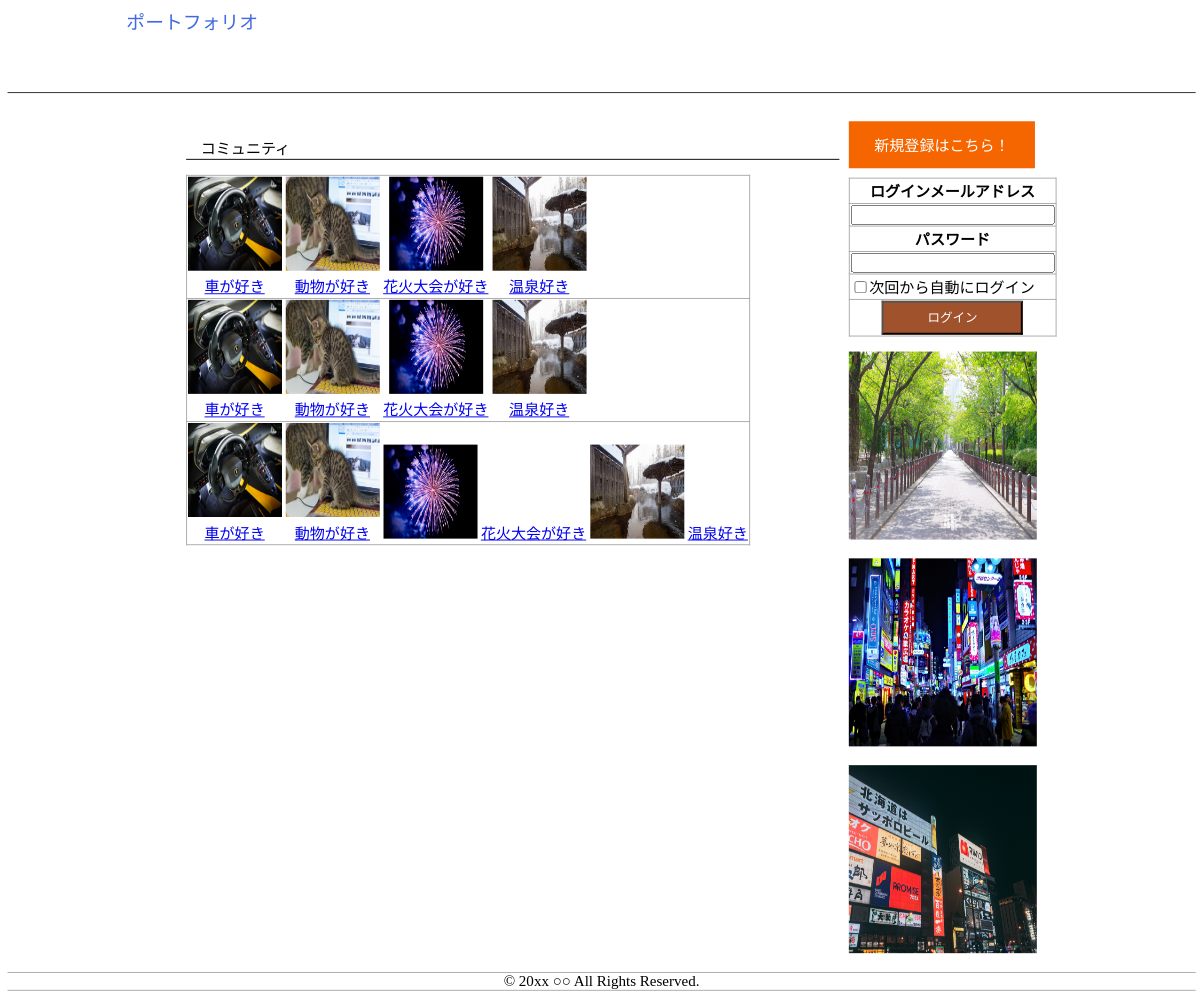
Repository: yuukiabc/samurai_PHP
Page: Login.html
The author's editor kept a record of every edit. The page is drawn from the files as they stood at one moment, then again after the next edit.
The browser window is 1280 px wide. The pictures show the whole page, at 94% of full size.

Above is the page before.

### Login.html
<!DOCTYPE html>
<html>
    <head><meta charset="UTF-8">
        <title>sns</title>
        <link rel="stylesheet"type="text/css"href="Login.css">
    </head>
    <body>

            <div class="f">
                <a href="HP.html">ポートフォリオ</a>
            </div>
            <div class="h">
            <div class="c">
                <p>　コミュニティ</p>
                <table>
                <tr>
                    <td>
                        <div class="community">
                            <img src="16.jpg" alt="画像"width="100" height="100">
                            <br><a href="#">車が好き</a>
                        </div>
                        <div class="community">
                            <img src="17.jpg" alt="画像"width="100" height="100">
                            <br><a href="#">動物が好き</a>
                        </div>
                        <div class="community">
                            <img src="18.jpg" alt="画像"width="100" height="100">
                            <br><a href="#">花火大会が好き</a>
                        </div>
                        <div class="community">
                            <img src="19.jpg" alt="画像"width="100" height="100">
                            <br><a href="#">温泉好き</a>
                        </div>
                    </td>
                </tr>
                <tr>
                    <td>
                        <div class="community">
                            <img src="16.jpg" alt="画像"width="100" height="100">
                            <br><a href="#">車が好き</a>
                        </div>
                        <div class="community">
                            <img src="17.jpg" alt="画像"width="100" height="100">
                            <br><a href="#">動物が好き</a>
                        </div>
                        <div class="community">
                            <img src="18.jpg" alt="画像"width="100" height="100">
                            <br><a href="#">花火大会が好き</a>
                        </div>
                        <div class="community">
                            <img src="19.jpg" alt="画像"width="100" height="100">
                            <br><a href="#">温泉好き</a>
                        </div>
                    </td>
                </tr>
                <tr>
                    <td>
                        <div class="community">
                            <img src="16.jpg" alt="画像"width="100" height="100">
                            <br><a href="#">車が好き</a>
                        </div>
                        <div class="community">
                            <img src="17.jpg" alt="画像"width="100" height="100">
                            <br><a href="#">動物が好き</a>
                        </div>
                        <div class="community">
                            <img src="18.jpg" alt="画像"width="100" height="100">
                            <a href="#">花火大会が好き</a>
                        </div>
                        <div class="community">
                            <img src="19.jpg" alt="画像"width="100" height="100">
                            <a href="#">温泉好き</a>
                        </div>
                    </td>
                </tr>
                </table>
            </div>

        <div class="a">
            <a href=""class="btn">新規登録はこちら！</a>
           <div align="center">
              <table>
                  <form action="HP.html" method="get">
                        <tr>
                          <th>
                              ログインメールアドレス
                          </th>
                        </tr>
                        <tr>
                          <td>
                              <input type="email" name="log-in e-mail address" value="" size="24">
                          </td>
                        </tr>
                      <tr>
                          <th>
                             パスワード
                          </th>
                        </tr>
                        <tr>
                          <td>
                              <input type="password" name="password" value="" size="24">
                          </td>
                        </tr>
                        <tr>
                            <td>
                            <input type="checkbox" name="Automatic login" value="1">次回から自動にログイン
                            </td>
                        </tr>
                        <tr>
                          <td align="center"colspan="2">

                              <input type="submit" class="btn2"value="ログイン">

                          </td>
                        </tr>
                  </form>
              </table>
            </div>
                <p>
                    <img src="8.jpg"alt="写真">
                </p>
                <p>
                    <img src="9.jpg"alt="写真">
                </p>
                <p>
                    <img src="10.jpg"alt="写真">
                </p>
            </div>
        </div>
        <div class="g">
            <p>&copy; 20xx ○○ All Rights Reserved.</p>
        </div>
    </body>
</html>

### Login.css
.f{
    border-bottom: 1px solid #2b2b2b;
    height:90px;
}
.f a{
  margin-left: 10%;
  text-decoration: none;
  font-size: 20px;
  color: #4169e1;
}
.menu{
    border-top: 1px solid #2b2b2b;
}
.h{
    overflow: hidden;
}
.a{
    height:100%;
    width:15%;
    float:left;
    margin-top:30px;
    padding-left:10px;
    box-sizing: border-box;
}
.a img{
    height:200px;
    width:200px;
}
.g{
    border-top: 1px solid #a9a9a9;
    border-bottom: 1px solid #a9a9a9;
    text-align:center;
}
.g p{
    margin:0;
}
.c{
    height:100%;
    width:55%;
    float:left;
    margin-top:30px;
    padding-left:15%;
}
th,td{
    border:1px #000000 solid;
    border-color:#a9a9a9;
}
.community{
    display:inline-block;
    text-align:center;
}
.btn{
    display: block;
	position: relative;
	width: 173px;
	padding: 0.8em;
	text-align: center;
	text-decoration: none;
	color: #fff;
	background: #f56500;
	margin-bottom:10px;
}
.btn hover{
    opacity:0.8;
	cursor: pointer;
	text-decoration: none;
}
.btn2{
    display: block;
	position: relative;
	width: 150px;
	padding: 0.5em;
	text-align: center;
	text-decoration: none;
	color: #fff;
	background: #a0522d;

}
.btn2 hover{
    opacity:0.8;
	cursor: pointer;
	text-decoration: none;
}
table{
    border-collapse:collapse;
}
.c p{
    border-bottom:1px #000000 solid;
}

After the next edit:
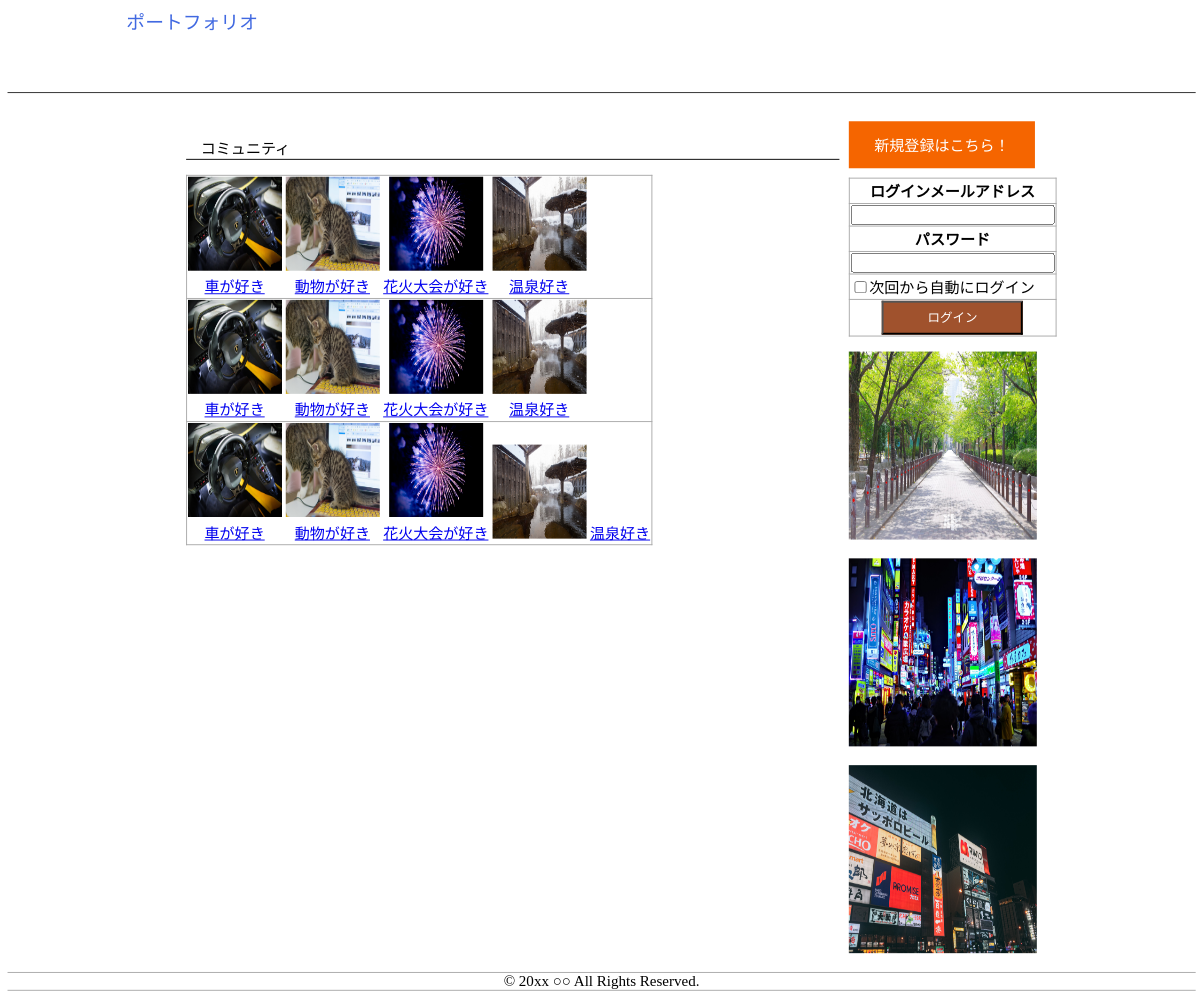
The edit:
--- a/Login.html
+++ b/Login.html
@@ -65,7 +65,7 @@
                         </div>
                         <div class="community">
                             <img src="18.jpg" alt="画像"width="100" height="100">
-                            <a href="#">花火大会が好き</a>
+                            <br><a href="#">花火大会が好き</a>
                         </div>
                         <div class="community">
                             <img src="19.jpg" alt="画像"width="100" height="100">
